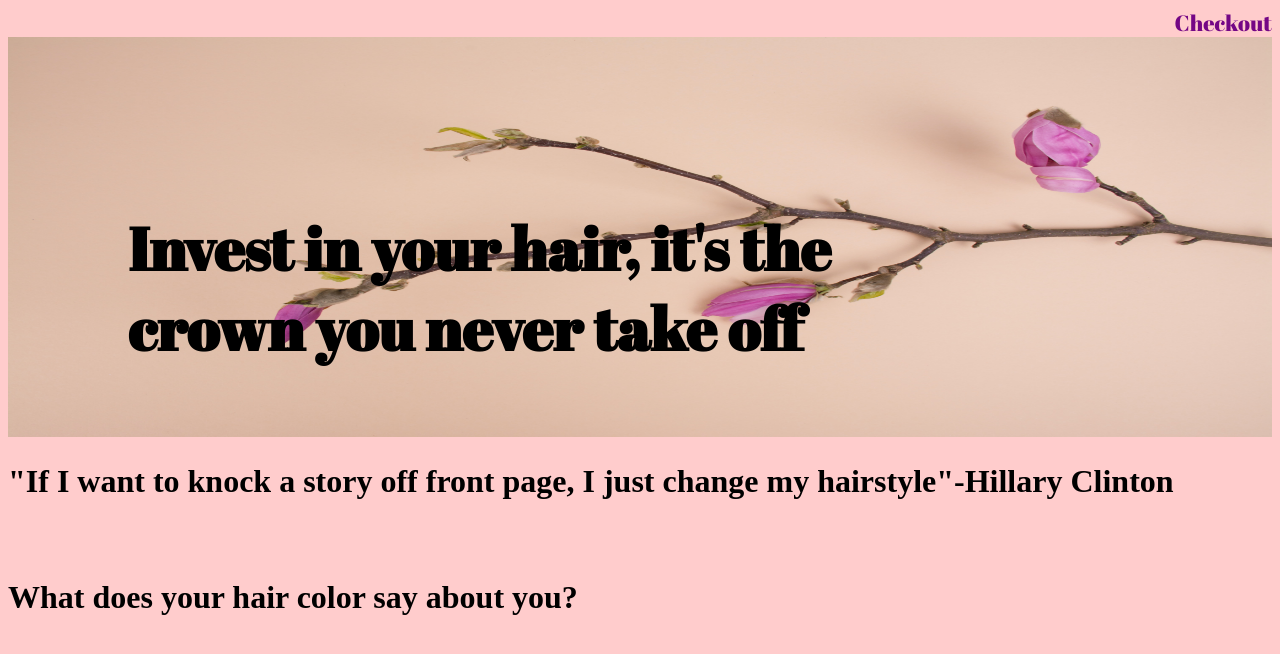
Repository: aarushi-07/Hair-and-Spa-booking-system
Page: http://localhost/salon/WEB-INF/jsp/hair.jsp
An editor plug-in stored every save of this project. The page is shown before and after the next save, followed by the edit.
The browser window is 1280 px wide. The pictures show the whole page.
The page is served by Tomcat 9. Nobody is signed in. The template is opened directly, without the code that normally fills it, so the values that code supplies are empty.

Above is the page before, as saved 2020-07-10 08:24:00.

After the next save:
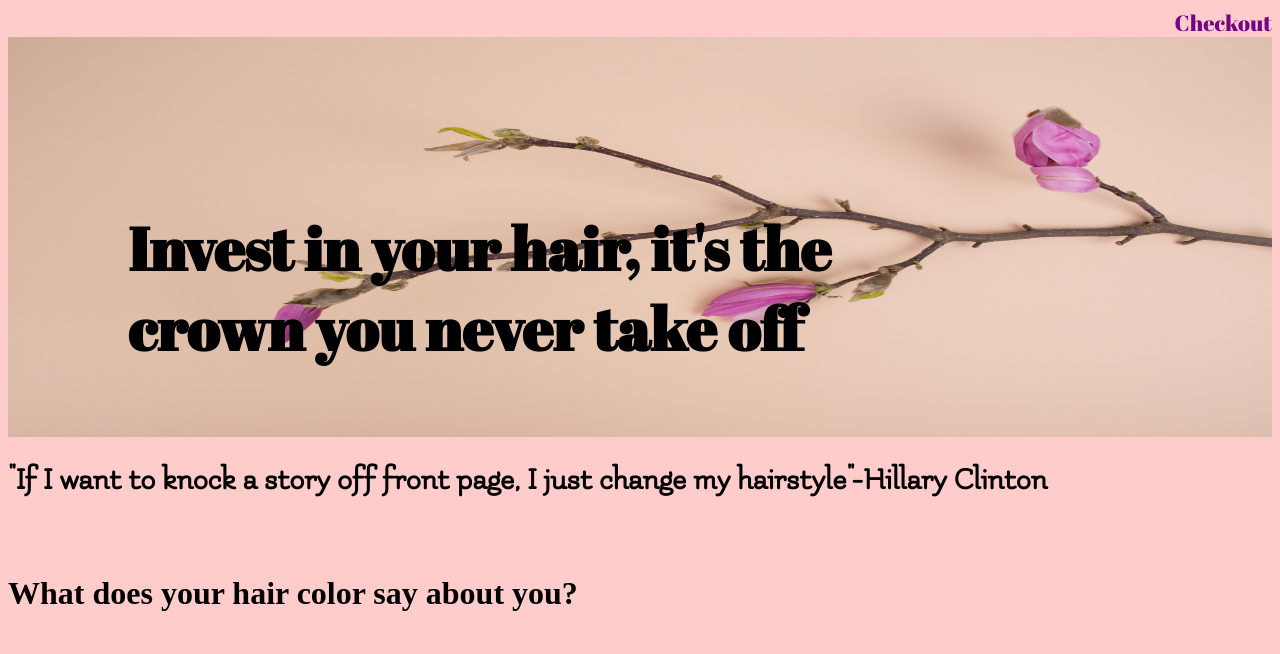
Saved 2 min 21 s later.
--- a/salon/src/main/webapp/WEB-INF/jsp/hair.jsp
+++ b/salon/src/main/webapp/WEB-INF/jsp/hair.jsp
@@ -38,6 +38,10 @@ th {
     src: url("../resources/font/Nosifer-Regular.ttf");
 }
 
+@font-face{
+    font-family: "Flamenco";
+    src: url("../resources/font/Flamenco-Regular.ttf");
+}
 
 
 </style>
@@ -53,7 +57,7 @@ th {
 		take off </h1></div>
 	</div>
 
-	<h1 class="margerine">"If I want to knock a story off front page, I just change my
+	<h1 class="flamenco">"If I want to knock a story off front page, I just change my
 		hairstyle"-Hillary Clinton</h1>
 	<table align="center" >
 
